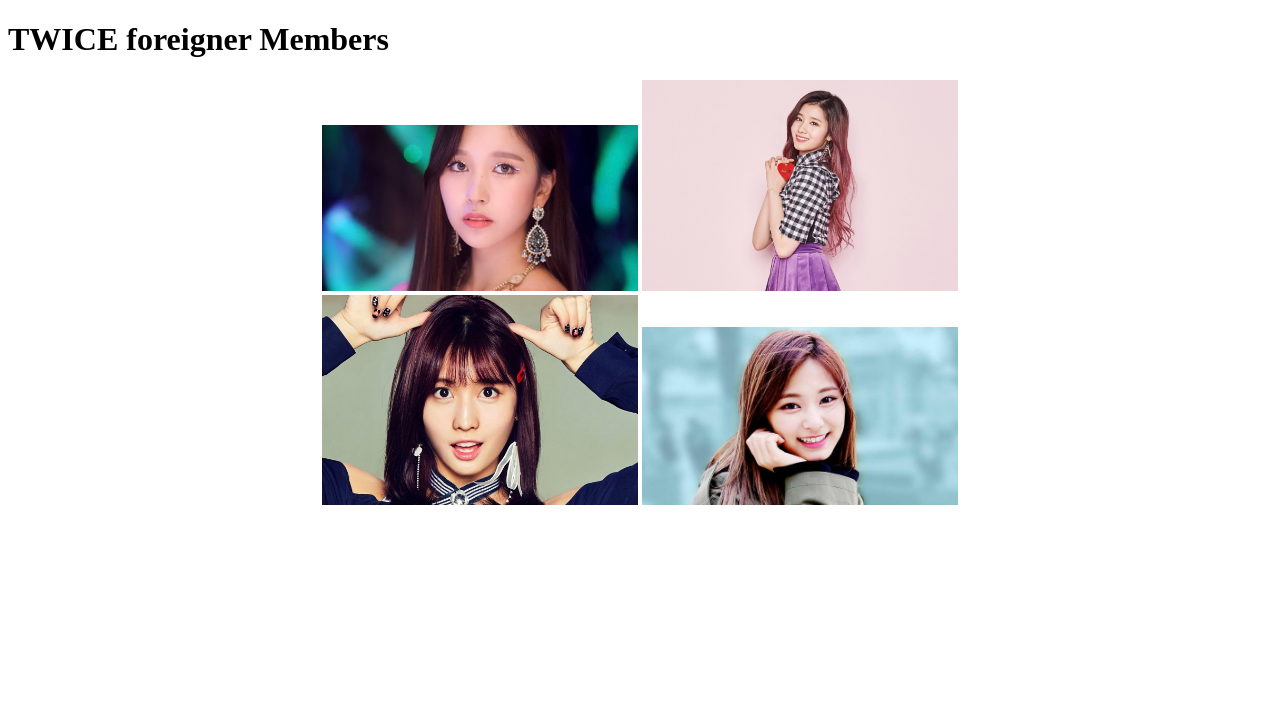
Repository: lbj0314/webTest
Page: Html_2/WebContent/media/twice.html
These files come from the project's save history. The page is drawn as it stood at one moment and after the next save; the edit follows.
The browser window is 1280 px wide. The pictures show the whole page.

Above is the page before, as saved 2019-10-15 02:06:19.

After the next save:
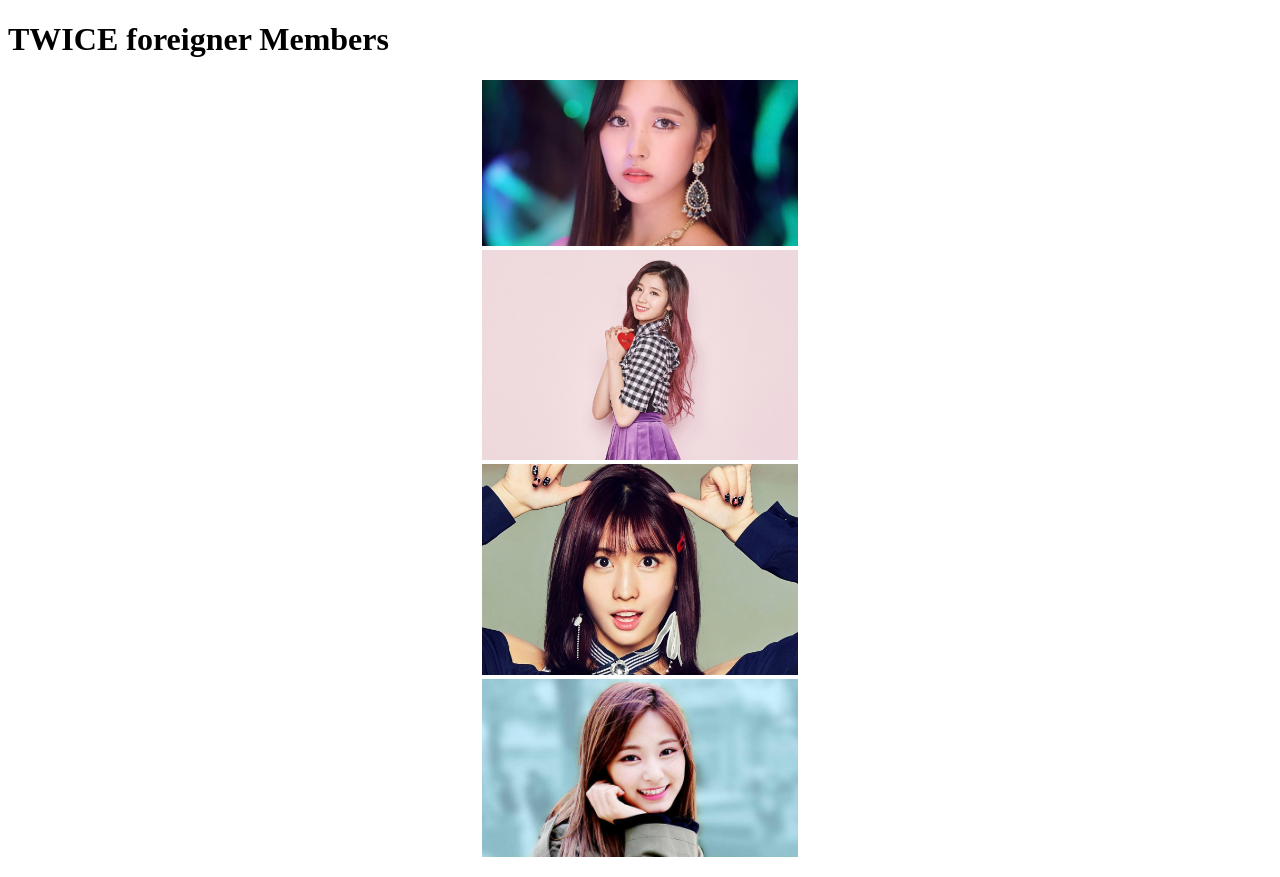
Saved 9 s later.
--- a/Html_2/WebContent/media/twice.html
+++ b/Html_2/WebContent/media/twice.html
@@ -7,9 +7,9 @@
 <body>
 <p align="center"><h1>TWICE foreigner Members</h1></p>
 <p align="center">
-	<a href="https://twice.jype.com/images/profile/large/6.jpg"><img alt="mina" src="/Html_2/imgs/mina.jpg" width="25%"></a>
+	<a href="https://twice.jype.com/images/profile/large/6.jpg"><img alt="mina" src="/Html_2/imgs/mina.jpg" width="25%"></a><br>
 	<a href="https://twice.jype.com/images/profile/large/4.jpg"><img alt="sana" src="/Html_2/imgs/sana.jpg" width="25%"></a><br>
-	<a href="https://twice.jype.com/images/profile/large/3.jpg"><img alt="momo" src="/Html_2/imgs/momo.jpg" width="25%"></a>
+	<a href="https://twice.jype.com/images/profile/large/3.jpg"><img alt="momo" src="/Html_2/imgs/momo.jpg" width="25%"></a><br>
 	<a href="https://twice.jype.com/images/profile/large/9.jpg"><img alt="tzuyu" src="/Html_2/imgs/tzuyu2.jpg" width="25%"></a>
 </p>
 </body>
